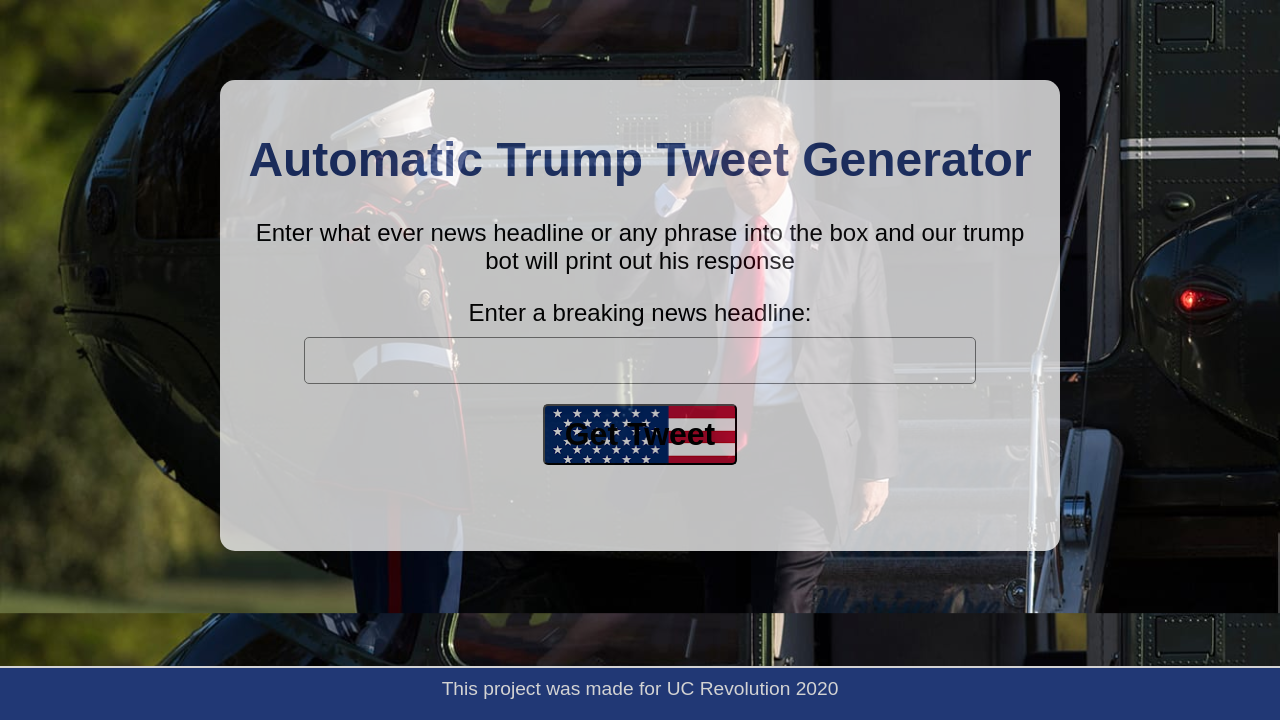
Repository: Yang4292/ai-donald
Page: http://localhost/
The author's editor kept a record of every edit. The page is drawn from the files as they stood at one moment, then again after the next edit.
The browser window is 1280 px wide. The pictures show the whole page.
The page is served by the project's application, run on Flask 3 (FlaskServer.py).

Above is the page before.

### templates/home.html
<!DOCTYPE html>
<html lang="en">
  <head>
    <meta charset="utf-8">
    <title>TrumpBot</title>
      <link rel="stylesheet" type="text/css" href="/static/theme.css">
  </head>
  <body background="/static/hero_marine_one.jpg">
    <div class="container">
        <h1>Automatic Trump Tweet Generator</h1>
        <p>Enter what ever news headline or any phrase into the box and our trump bot will print out his response</p>
        <label for="headline">Enter a breaking news headline:</label><br>
        <input type="text" id="headline" name="headline"><br>
        <button onclick="get_tweet();">Get Tweet</button><br>
        <label for="response" id="responseLabel"></label><br>
        <output type="text" id="response" name="response"><br>
    </div>
    <div class="bottomBar">This project was made for UC Revolution 2020</div>
    <script type="text/javascript">
      function get_tweet() {
        var req = new XMLHttpRequest();

        req.onreadystatechange = function() {
            if (this.readyState == 4 && this.status == 200) {
                document.getElementById("response").innerHTML = this.responseText;
                document.getElementById("responseLabel").innerHTML = "Trump's Tweet:";
            }
        };

        document.getElementById("responseLabel").innerHTML = "Contacting the White House...";
        req.open('GET', '/get-tweet?headline=' + document.getElementById("headline").value, true);
        req.send();
      }
    </script>
  </body>
</html>

### FlaskServer.py
from flask import Flask, request, render_template
import GenerateTweet

app = Flask(__name__)

@app.route('/', methods=['GET'])
def home():
    return render_template('home.html')

@app.route('/get-tweet', methods=['GET'])
def get_tweet():
    headline = request.args.get('headline')
    return GenerateTweet.get_tweet(headline)

if __name__ == "__main__":
    app.run(host="0.0.0.0", port=80)

### GenerateTweet.py
import tensorflow as tf
from tensorflow import keras
import numpy as np
import language_check
import random

language_tool = language_check.LanguageTool('en-US')
idx2char = np.array(['\n', ' ', '!', '$', '%', "'", '(', ')', '+', ',', '-', '.', '/', '0', '1', '2', '3', '4', '5', '6', '7', '8', '9', ':', ';', '<', '?', 'A', 'B', 'C', 'D', 'E', 'F', 'G', 'H', 'I', 'J', 'K', 'L', 'M', 'N', 'O', 'P', 'Q', 'R', 'S', 'T', 'U', 'V', 'W', 'X', 'Y', 'Z', '[', ']', 'a', 'b', 'c', 'd', 'e', 'f', 'g', 'h', 'i', 'j', 'k', 'l', 'm', 'n', 'o', 'p', 'q', 'r', 's', 't', 'u', 'v', 'w', 'x', 'y', 'z', '–', '‘', '’', '“', '”', '…', '′'])
char2idx = {'\n': 0, ' ': 1, '!': 2, '$': 3, '%': 4, "'": 5, '(': 6, ')': 7, '+': 8, ',': 9, '-': 10, '.': 11, '/': 12, '0': 13, '1': 14, '2': 15, '3': 16, '4': 17, '5': 18, '6': 19, '7': 20, '8': 21, '9': 22, ':': 23, ';': 24, '<': 25, '?': 26, 'A': 27, 'B': 28, 'C': 29, 'D': 30, 'E': 31, 'F': 32, 'G': 33, 'H': 34, 'I': 35, 'J': 36, 'K': 37, 'L': 38, 'M': 39, 'N': 40, 'O': 41, 'P': 42, 'Q': 43, 'R': 44, 'S': 45, 'T': 46, 'U': 47, 'V': 48, 'W': 49, 'X': 50, 'Y': 51, 'Z': 52, '[': 53, ']': 54, 'a': 55, 'b': 56, 'c': 57, 'd': 58, 'e': 59, 'f': 60, 'g': 61, 'h': 62, 'i': 63, 'j': 64, 'k': 65, 'l': 66, 'm': 67, 'n': 68, 'o': 69, 'p': 70, 'q': 71, 'r': 72, 's': 73, 't': 74, 'u': 75, 'v': 76, 'w': 77, 'x': 78, 'y': 79, 'z': 80, '–': 81, '‘': 82, '’': 83, '“': 84, '”': 85, '…': 86, '′': 87}
model = tf.keras.models.load_model('model.h5')

def generate_text(model, start_string):
  # Evaluation step (generating text using the learned model)

  # Number of characters to generate
  num_generate = 500

  # Converting our start string to numbers (vectorizing)
  input_eval = [char2idx[s] for s in start_string]
  input_eval = tf.expand_dims(input_eval, 0)

  # Empty string to store our results
  text_generated = []

  # Low temperatures results in more predictable text.
  # Higher temperatures results in more surprising text.
  # Experiment to find the best setting.
  temperature = .5

  # Here batch size == 1
  model.reset_states()
  for i in range(num_generate):
      predictions = model(input_eval)
      # remove the batch dimension
      predictions = tf.squeeze(predictions, 0)

      # using a categorical distribution to predict the character returned by the model
      predictions = predictions / temperature
      predicted_id = tf.random.categorical(predictions, num_samples=1)[-1,0].numpy()

      # We pass the predicted character as the next input to the model
      # along with the previous hidden state
      input_eval = tf.expand_dims([predicted_id], 0)

      text_generated.append(idx2char[predicted_id])

  return (start_string + ''.join(text_generated))

# return empty string if too many errors
def fix_sentence(sentence):
    errors = language_tool.check(sentence)
    return sentence if len(errors) == 0 else ''

def get_tweet(headline):
    string = generate_text(model, start_string=(headline + "."))
    sentences = string.split('.')[:-1]
    tweet = '"' + sentences[0] + '."'
    for sentence in sentences[1:]:
        fixed_sentence = fix_sentence(sentence)
        # if length is zero, sentence was too bad to be fixed
        if len(fixed_sentence) > 0:
            if len(tweet + sentence) < 280:
                tweet = tweet + fixed_sentence + '.'
    tweet = tweet.replace('\n','')
    #tweet = mad_lib(tweet, headline)

    return tweet

# def mad_lib(text, filler):
#     pos_to_replace = ['NNP', 'NNPS', 'NN', 'NNS']
#     #'VB', 'VBD', 'VBG', 'VBN', 'VBP', 'VBZ','JJ', 'JJR', 'JJS',
#     text_pos = nltk.pos_tag(nltk.word_tokenize(text))
#     filler_pos = nltk.pos_tag(nltk.word_tokenize(filler))
#     for text_word in text_pos:
#         if text_word[1] in pos_to_replace and len(text_word[0]) > 3:
#             random.shuffle(filler_pos)
#             for filler_word in filler_pos:
#                 if filler_word[1] == text_word[1] and random.random() > .25:
#                     text = text.replace(text_word[0], filler_word[0].upper())
#                     break

#     return text

### static/theme.css
* {
    padding: 0;
    text-align: center;
    font-family: Arial;
}

body {
    background-size:cover;
    font-size:1.5rem;
}

.container {
    background-color: white;
    margin: 5rem auto 0 auto;
    padding: 20px;
    max-width: 800px;
    opacity: .75;
    border-radius:15px;

}

input {
    padding:15px;
    border-radius:5px;
    width:80%;
    border: 1px grey solid;
}

button {
    padding:10px 20px 10px 20px;
    font-weight:bold;
    font-size:2rem;
    border-radius:5px;
    outline: none;
}

button, input, #responseLabel{
    margin-top: 10px;
    margin-bottom: 10px;
}

button{
     background-image: url('merica.png');
}
.bottomBar {
    position:fixed;
    height:2rem;
    background-color:#213875;
    border-top:2px solid lightgrey;
    bottom:0px;
    right:0px;
    left:0px;
    color:lightgrey;
    padding:10px;
    font-size:1.2rem;
}
h1 {
    color:#213875;
}

After the next edit:
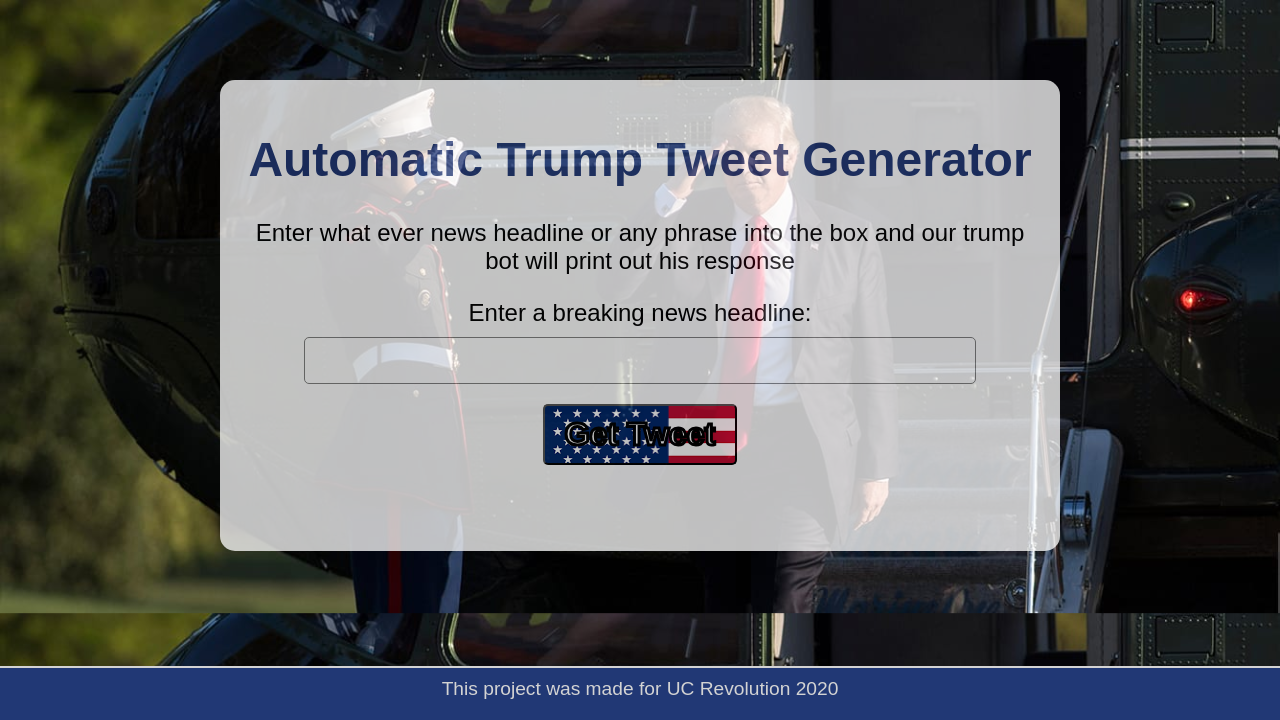
The edit:
--- a/static/theme.css
+++ b/static/theme.css
@@ -40,7 +40,17 @@
 }
 
 button{
-     background-image: url('merica.png');
+    padding:10px 20px 10px 20px;
+    font-weight:bold;
+    font-size:2rem;
+    border-radius:5px;
+    outline: none;
+    background-image: url('merica.png');
+    color:white;
+    opacity:1;
+    -webkit-text-fill-color: white; /* Will override color (regardless of order) */
+    -webkit-text-stroke-width: 3px;
+    -webkit-text-stroke-color: black;
 }
 .bottomBar {
     position:fixed;
